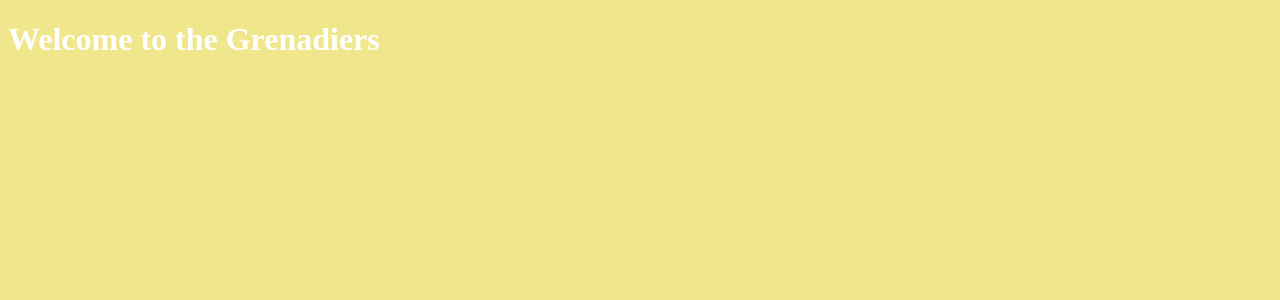
Repository: eppolij1/eppolij1.github.io
Page: TG.html
The author's editor kept a record of every edit. The page is drawn from the files as they stood at one moment, then again after the next edit.
The browser window is 1280 px wide. The pictures show the whole page.

Above is the page before.

### TG.html
<!DOCTYPE html>
<html>
    <head>
        <style type="text/css">
           body {
  background-color: khaki;
           }
             #div1 {font-size-adjust: 0.58;}
             h1 {
  color: white;
}
        </style>
    </head>



   <h1> Welcome to the Grenadiers</h1>




</html>

After the next edit:
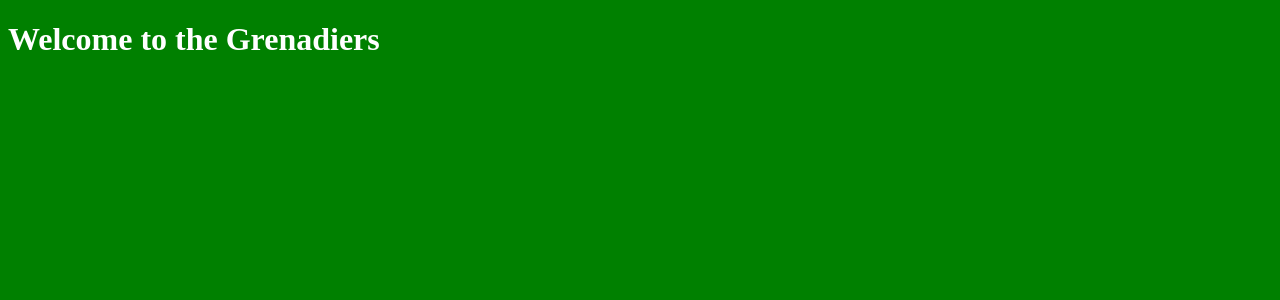
The edit:
--- a/TG.html
+++ b/TG.html
@@ -3,7 +3,7 @@
     <head>
         <style type="text/css">
            body {
-  background-color: khaki;
+  background-color: green;
            }
              #div1 {font-size-adjust: 0.58;}
              h1 {
